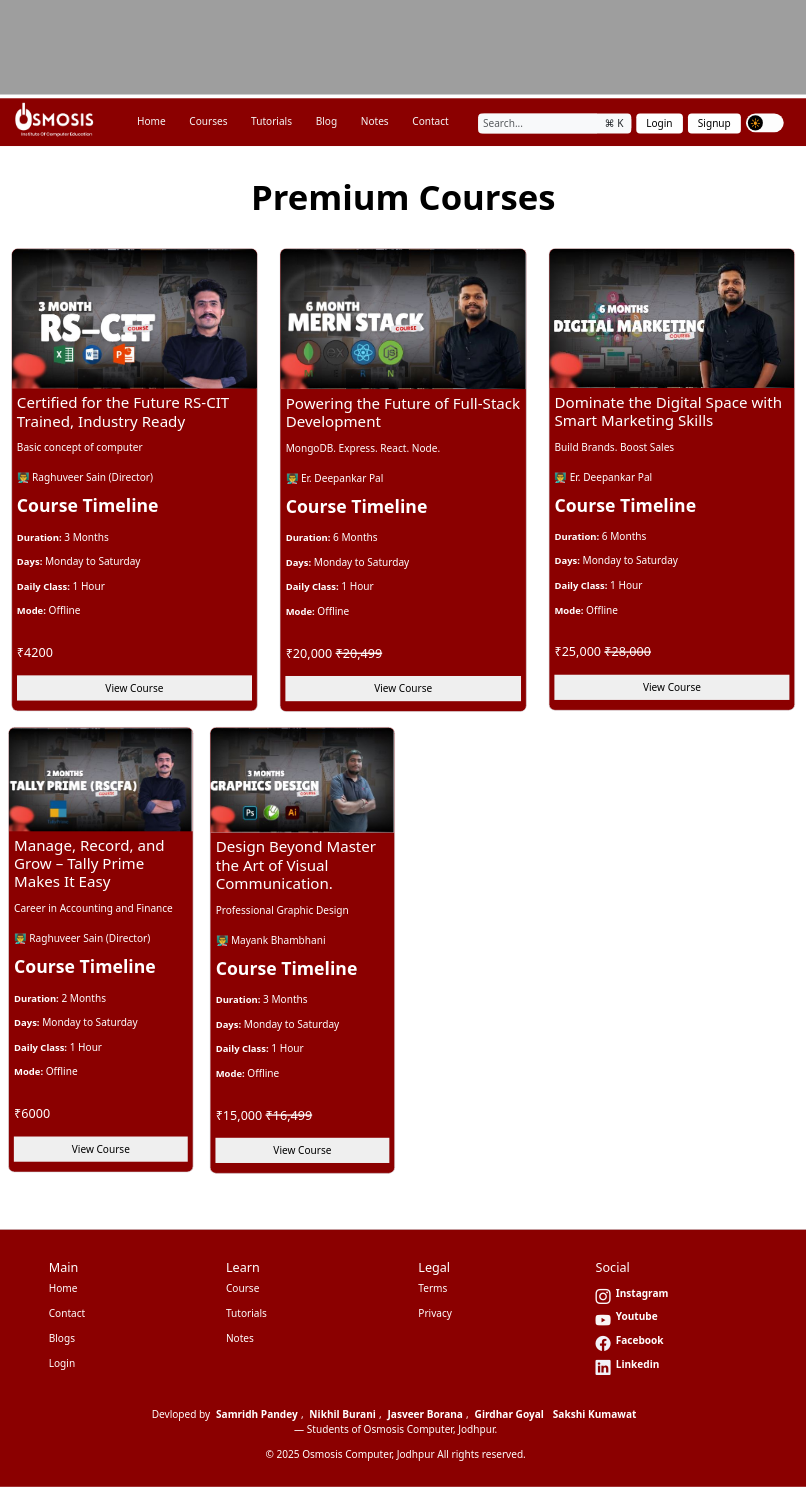
Repository: samriidhpandey/osmosis
Page: /Courses
The author's editor kept a copy of each file at every save. The page is drawn from the files as they stood at one save, then again after a run of saves.
The browser window is 1280 px wide. The pictures show the whole page, at 63% of full size.
Pictures or frames that could not be fetched are drawn as grey boxes. The project was rebuilt for these pictures with package versions that can differ from the ones it lists, and the page was loaded fresh each time. Also part of the build but not shown: vite.config.js, src/Section2.jsx, src/Section3.jsx, src/Section4.jsx, src/InfiniteReviewScroll.jsx, src/Section5.jsx, src/TypingText.jsx, src/AnimatedName.jsx and 103 more. Imported but missing from the stored project, and not drawn on this page: src/Images/final-app-on-mobile.mp4, src/Images/final-app-on-pc.mp4, src/Images/open-terminals.mp4, src/Images/python-location.mp4.

Above is the page before, as saved 2025-07-21 16:19:26.

### index.html
<!doctype html>
<html lang="en">
  <head>
    <meta charset="UTF-8" />
    <link rel="icon" type="image/png" href="./src/image/fe1.png" />
    <meta name="viewport" content="width=device-width, initial-scale=1.0" />
    <title>Osmosis Computer</title>
    <link href="https://cdn.jsdelivr.net/npm/bootstrap@5.0.2/dist/css/bootstrap.min.css" rel="stylesheet" integrity="sha384-EVSTQN3/azprG1Anm3QDgpJLIm9Nao0Yz1ztcQTwFspd3yD65VohhpuuCOmLASjC" crossorigin="anonymous">
    <link rel="stylesheet" href="https://cdnjs.cloudflare.com/ajax/libs/font-awesome/6.7.2/css/all.min.css" integrity="sha512-Evv84Mr4kqVGRNSgIGL/F/aIDqQb7xQ2vcrdIwxfjThSH8CSR7PBEakCr51Ck+w+/U6swU2Im1vVX0SVk9ABhg==" crossorigin="anonymous" referrerpolicy="no-referrer" />
    <link href="https://cdn.jsdelivr.net/npm/bootstrap@5.3.0/dist/css/bootstrap.min.css" rel="stylesheet" />
<link href="https://cdn.jsdelivr.net/npm/bootstrap-icons/font/bootstrap-icons.css" rel="stylesheet" />
<iframe src="https://my.spline.design/your-project-link" frameborder="0" width="100%" height="100%"></iframe>


  </head>
  <body>
    <div id="root"></div>
    <script type="module" src="/src/main.jsx"></script>
    <script src="https://cdn.jsdelivr.net/npm/bootstrap@5.0.2/dist/js/bootstrap.bundle.min.js" integrity="sha384-MrcW6ZMFYlzcLA8Nl+NtUVF0sA7MsXsP1UyJoMp4YLEuNSfAP+JcXn/tWtIaxVXM" crossorigin="anonymous"></script>
  </body>
</html>

### src/Footer.jsx
import React from 'react'
import get from './image/github.svg'
import get1 from './image/X.svg'
import get2 from './image/youtube.svg'
import { Link } from 'react-router-dom'
import get3 from './image/facebook.svg'


function Footer({isDark}) {
  const footer = {
    backgroundColor: isDark ? '#111827':'darkred',
    color: isDark ? 'white':'white',
  };
  return (
    <>
    <div className="container-fluid">
      <div className="row border-top" style={footer}>
        <div className="col-12 col-sm-12 col-md-12 col-lg-12 col-xl-11 col-xxl-10 m-auto ">
          <div className="row">
            <div className="col-6 col-sm-6 col-md-3 col-lg-3 col-xl-3 col-xxl-3 mt-5 ps-4 fot-menu">
              <h5>Main</h5>
              <Link to="/" className='text-white'><p>Home</p></Link>{""}
              <Link to="/Contact" className='text-white'><p>Contact</p></Link>{""}
              <Link to="/Blog" className='text-white'><p>Blogs</p></Link>{""}
              <Link to="/Login" className='text-white'><p>Login</p></Link>{""}
            </div>

            <div className="col-6 col-sm-6 col-md-3 col-lg-3 col-xl-3 col-xxl-3 mt-5">
              <h5>Learn</h5>
              <Link to="/Courses" className='text-white'><p>Course</p></Link>{""}
              <Link to="/Tutorial" className='text-white'><p>Tutorials</p></Link>{""}
              <Link to="/Notes" className='text-white'><p>Notes</p></Link>{""}

            </div>

            <div className="col-6 col-sm-6 col-md-3 col-lg-3 col-xl-3 col-xxl-3 mt-5 ps-4">
              <h5>Legal</h5>
              <Link to="/Terms" className='text-white'><p>Terms</p></Link>{""}
              <Link to="/Privacy" className='text-white'><p>Privacy</p></Link>{""}
              {/* <p>Refund</p> */}

            </div>

            <div className="col-6 col-sm-6 col-md-3 col-lg-3 col-xl-3 col-xxl-3 mt-5">
              <h5>Social</h5>
             <a href="https://www.instagram.com/osmosis_computer?igsh=MWkyNGtib2s1NG10OQ%3D%3D&utm_source=qr "
              target="_blank"
    rel="noopener noreferrer"
    style={{
      color:'white',
      textDecoration: "none",
      fontWeight: "bold",
      marginTop: "0px",
      marginBottom: "0px",
    }}
    onMouseOver={(e) => (e.target.style.textDecoration = "underline")}
    onMouseOut={(e) => (e.target.style.textDecoration = "none")}><div className="social d-flex p-0 mt-3"> <i className="bi bi-instagram" style={{fontSize:'24px', color:" #fcf9faff",}}></i><img className='img-fluid me-2 bg-light rounded' alt="" /> <p> Instagram</p></div> </a>


    <a href="https://www.youtube.com/@OsmosisComputerJodhpur "
              target="_blank"
    rel="noopener noreferrer"
    style={{
      color:'white',
      textDecoration: "none",
      fontWeight: "bold",
      marginTop: "0px",
      marginBottom: "0px",
    }}
    onMouseOver={(e) => (e.target.style.textDecoration = "underline")}
    onMouseOut={(e) => (e.target.style.textDecoration = "none")}><div className="social d-flex p-0 mt-3"> <i className="bi bi-youtube" style={{fontSize:'24px', color:" #f9f5f5ff",}}></i><img className='img-fluid me-2 bg-light rounded' alt="" /> <p> Youtube</p></div> </a>



    <a href="https://www.facebook.com/share/1LYuEtGZGp/?mibextid=wwXIfr"
              target="_blank"
    rel="noopener noreferrer"
    style={{
      color:'white',
      textDecoration: "none",
      fontWeight: "bold",
      marginTop: "0px",
      marginBottom: "0px",
    }}
    onMouseOver={(e) => (e.target.style.textDecoration = "underline")}
    onMouseOut={(e) => (e.target.style.textDecoration = "none")}><div className="social d-flex p-0 mt-3"> <i className="bi bi-facebook" style={{fontSize:'24px', color:" #f2f2f8ff",}}></i><img className='img-fluid me-2 bg-light rounded' alt="" /> <p> Facebook</p></div> </a>



    <a href="https://www.linkedin.com/company/osmosiscomputer/"
              target="_blank"
    rel="noopener noreferrer"
    style={{
      color:'white',
      textDecoration: "none",
      fontWeight: "bold",
      marginTop: "0px",
      marginBottom: "0px",
    }}
    onMouseOver={(e) => (e.target.style.textDecoration = "underline")}
    onMouseOut={(e) => (e.target.style.textDecoration = "none")}><div className="social d-flex p-0 mt-3"> <i className="bi bi-linkedin" style={{fontSize:'24px', color:" #f2f2f8ff",}}></i><img className='img-fluid me-2 bg-light rounded' alt="" /> <p>Linkedin</p></div> </a>



            </div>
          </div>
        </div>

        <div className="row">
          <div className="col-12">


  <footer
  className='mt-3'
  style={{
    padding: "1.5rem",
    textAlign: "center",


  }}
>
  Devloped by{" "}
  <a
    href="https://www.linkedin.com/in/samridh-pandey-771835317?utm_source=share&utm_campaign=share_via&utm_content=profile&utm_medium=android_app"
    target="_blank"
    rel="noopener noreferrer"
    style={{
      color:'white',
      textDecoration: "none",
      fontWeight: "bold",
      margin: "0 5px",
    }}
    onMouseOver={(e) => (e.target.style.textDecoration = "underline")}
    onMouseOut={(e) => (e.target.style.textDecoration = "none")}
  >
    Samridh Pandey
  </a>
  ,{" "}
  <a
    href="https://www.linkedin.com/in/nikhil-burani?utm_source=share&utm_campaign=share_via&utm_content=profile&utm_medium=android_app"
    target="_blank"
    rel="noopener noreferrer"
    style={{
      color:'white',
      textDecoration: "none",
      fontWeight: "bold",
      margin: "0 5px",
    }}
    onMouseOver={(e) => (e.target.style.textDecoration = "underline")}
    onMouseOut={(e) => (e.target.style.textDecoration = "none")}
  >
    Nikhil Burani
  </a>
  ,{" "}
  <a
    href="https://www.linkedin.com/in/jasveer-borana-39878a373?utm_source=share&utm_campaign=share_via&utm_content=profile&utm_medium=android_app "
    target="_blank"
    rel="noopener noreferrer"
    style={{
      color:'white',
      textDecoration: "none",
      fontWeight: "bold",
      margin: "0 5px",
    }}
    onMouseOver={(e) => (e.target.style.textDecoration = "underline")}
    onMouseOut={(e) => (e.target.style.textDecoration = "none")}
  >
    Jasveer Borana
  </a>
  ,{" "}
  <a
    href="https://www.linkedin.com/in/girdhar-goyal-1376b5332?lipi=urn%3Ali%3Apage%3Ad_flagship3_profile_view_base_contact_details%3B9WR3byrCTMq%2FaVpFyt54vQ%3D%3D"
    target="_blank"
    rel="noopener noreferrer"
    style={{
      textDecoration: "none",
      fontWeight: "bold",
      margin: "0 5px",
      color:'white',
    }}
    onMouseOver={(e) => (e.target.style.textDecoration = "underline")}
    onMouseOut={(e) => (e.target.style.textDecoration = "none")}
  >
    Girdhar Goyal
  </a>{" "}

  <a
    href="https://www.linkedin.com/in/sakshi-k-b046b4320?utm_source=share&utm_campaign=share_via&utm_content=profile&utm_medium=ios_app "
    target="_blank"
    rel="noopener noreferrer"
    style={{
      textDecoration: "none",
      fontWeight: "bold",
      margin: "0 5px",
      color:'white',
    }}
    onMouseOver={(e) => (e.target.style.textDecoration = "underline")}
    onMouseOut={(e) => (e.target.style.textDecoration = "none")}
  >
    Sakshi Kumawat
  </a>{" "}

  <p>—  Students of Osmosis Computer, Jodhpur.</p>
  <p>© 2025 Osmosis Computer, Jodhpur All rights reserved.</p>
</footer>



          </div>
        </div>
      </div>
    </div>
    </>
  )
}

export default Footer

### src/Component2/Courses.jsx
import React from 'react'
import ad1 from '../image/c1.jpg';
import ad2 from '../image/c2.jpg';
import ad3 from '../image/c3.jpg';
import ad4 from '../image/c4.jpg';
import ad5 from '../image/c5.jpg';
import { Link } from "react-router-dom";



function Courses({isDark}) {
  const Courses = {
    backgroundColor: isDark ? '#0E121B' : 'white',
    color: isDark ? 'white' : 'black',
  };
  const Courses1 = {
    backgroundColor: isDark ? 'black' : 'darkred',
    color: isDark ? 'white' : 'white',
  };


  const headingStyle = {
    // fontSize: "20px",
    fontWeight: "600",
    color: "white",
    marginBottom: "0px",
  };

  const itemStyle = {
    fontSize: "16px",
    color: "white",
    // lineHeight:'-100px',
    marginBottom: "-25px",
  };
  return (
    <>
    {/* <BrowserRouter> */}


    <div className="container-fluid">
      <div className="row"style={Courses}>
        <div className="col-12">
          <h1 className=' fw-bolder text-center mt-5 mb-4'>Premium Courses</h1>
          <div className="row mt-5 mb-5 pb-3">

           <div className="col-12 col-sm-12 col-md-6 col-lg-4 col-xl-4 col-xxl-4" >
            <Link to="/part1" className='part1'>
              <div className="row">
                <div className="col-11 border mb-4 pb-2 m-auto p-0 cour-card" style={Courses1}>
                    <div className="col-12 p-0 cour-img">
                <img src={ad1} className='img-fluid cour-img' alt="" />
              </div>
              <div className=" p-2">
            <h4 className=''>Certified for the Future RS-CIT Trained, Industry Ready</h4>
            <p className='mt-3'>Basic concept of computer</p>
            <p className='mt-4'>👨‍🏫 Raghuveer Sain (Director)</p>
            <h3 style={headingStyle}>Course Timeline</h3>
      <p style={itemStyle}><strong>Duration:</strong> 3 Months</p>
      <p style={itemStyle}><strong>Days:</strong> Monday to Saturday</p>
      <p style={itemStyle}><strong>Daily Class:</strong> 1 Hour</p>
      <p style={itemStyle}><strong>Mode:</strong> Offline </p>
            <h5 className='mt-5'>₹4200</h5>

            <button className='w-100 mt-3 border-0 pt-2 pb-2'>View Course</button>
          </div>
                </div>
              </div>

            </Link>{""}
          </div>


          <div className="col-12 col-sm-12 col-md-6 col-lg-4 col-xl-4 col-xxl-4">
            <Link to="/part2" className='part1'>
              <div className="row">
                <div className="col-11 border mb-4 pb-2 m-auto p-0 cour-card" style={Courses1}>
                    <div className="col-12 p-0 cour-img">
                <img src={ad2} className='img-fluid cour-img' alt="" />
              </div>
              <div className=" p-2">
            <h4 className=''>Powering the Future of Full-Stack Development</h4>
            <p className='mt-3'>MongoDB. Express. React. Node.</p>
            <p className='mt-4'>👨‍🏫 Er. Deepankar Pal</p>
            <h3 style={headingStyle}>Course Timeline</h3>
      <p style={itemStyle}><strong>Duration:</strong> 6 Months</p>
      <p style={itemStyle}><strong>Days:</strong> Monday to Saturday</p>
      <p style={itemStyle}><strong>Daily Class:</strong> 1 Hour</p>
      <p style={itemStyle}><strong>Mode:</strong> Offline </p>
            <h5 className='mt-5'>₹20,000 <s>₹20,499</s></h5>

            <button className='w-100 mt-3 border-0 pt-2 pb-2'>View Course</button>
          </div>
                </div>
              </div>
             </Link>{""}

          </div>



          <div className="col-12 col-sm-12 col-md-6 col-lg-4 col-xl-4 col-xxl-4">
            <Link to="/part3" className='part1'>
              <div className="row">
                <div className="col-11 border mb-4 pb-2 m-auto p-0 cour-card" style={Courses1}>
                    <div className="col-12 p-0 cour-img">
                <img src={ad3} className='img-fluid cour-img w-100' alt="" />
              </div>
              <div className=" p-2">
            <h4 className=''>Dominate the Digital Space with Smart Marketing Skills</h4>
            <p className='mt-3'>Build Brands. Boost Sales</p>
            <p className='mt-4'>👨‍🏫 Er. Deepankar Pal</p>
            <h3 style={headingStyle}>Course Timeline</h3>
      <p style={itemStyle}><strong>Duration:</strong> 6 Months</p>
      <p style={itemStyle}><strong>Days:</strong> Monday to Saturday</p>
      <p style={itemStyle}><strong>Daily Class:</strong> 1 Hour</p>
      <p style={itemStyle}><strong>Mode:</strong> Offline </p>
            <h5 className='mt-5'>₹25,000 <s>₹28,000</s></h5>

            <button className='w-100 mt-3 border-0 pt-2 pb-2'>View Course</button>
          </div>
                </div>
              </div>
             </Link>{""}

          </div>




          <div className="col-12 col-sm-12 col-md-6 col-lg-4 col-xl-3 col-xxl-3">
            <Link to="/part4" className='part1'>
              <div className="row">
                <div className="col-11 border mb-4 pb-2 m-auto p-0 cour-card" style={Courses1}>
                    <div className="col-12 p-0 cour-img">
                <img src={ad4} className='img-fluid cour-img w-100' alt="" />
              </div>
              <div className=" p-2">
            <h4 className=''>Manage, Record, and Grow – Tally Prime Makes It Easy</h4>
            <p className='mt-3'>Career in Accounting and Finance</p>
            <p className='mt-4'>👨‍🏫 Raghuveer Sain (Director)</p>
            <h3 style={headingStyle}>Course Timeline</h3>
      <p style={itemStyle}><strong>Duration:</strong> 2 Months</p>
      <p style={itemStyle}><strong>Days:</strong> Monday to Saturday</p>
      <p style={itemStyle}><strong>Daily Class:</strong> 1 Hour</p>
      <p style={itemStyle}><strong>Mode:</strong> Offline </p>
            <h5 className='mt-5'>₹6000</h5>

            <button className='w-100 mt-3 border-0 pt-2 pb-2'>View Course</button>
          </div>
                </div>
              </div>
             </Link>{""}

          </div>





          <div className="col-12 col-sm-12 col-md-6 col-lg-4 col-xl-3 col-xxl-3">
            <Link to="/part5" className='part1'>
              <div className="row">
                <div className="col-11 border mb-4 pb-2 m-auto p-0 cour-card" style={Courses1}>
                    <div className="col-12 p-0 cour-img">
                <img src={ad5} className='img-fluid cour-img w-100' alt="" />
              </div>
              <div className=" p-2">
            <h4 className=''>Design Beyond Master the Art of Visual Communication.</h4>
            <p className='mt-3'>Professional Graphic Design</p>
            <p className='mt-4'>👨‍🏫 Mayank Bhambhani</p>
            <h3 style={headingStyle}>Course Timeline</h3>
      <p style={itemStyle}><strong>Duration:</strong> 3 Months</p>
      <p style={itemStyle}><strong>Days:</strong> Monday to Saturday</p>
      <p style={itemStyle}><strong>Daily Class:</strong> 1 Hour</p>
      <p style={itemStyle}><strong>Mode:</strong> Offline </p>
            <h5 className='mt-5'>₹15,000 <s>₹16,499</s></h5>

            <button className='w-100 mt-3 border-0 pt-2 pb-2'>View Course</button>
          </div>
                </div>
              </div>
             </Link>{""}

          </div>





          </div>
        </div>
      </div>


    </div>


    </>
  )
}

export default Courses

Loaded but not shown: src/main.jsx (common file); src/App.jsx (426 lines, source omitted); src/App.css (1048 lines, source omitted); src/index.css (no stored copy; drawn as an empty file)

After the next 2 saves:
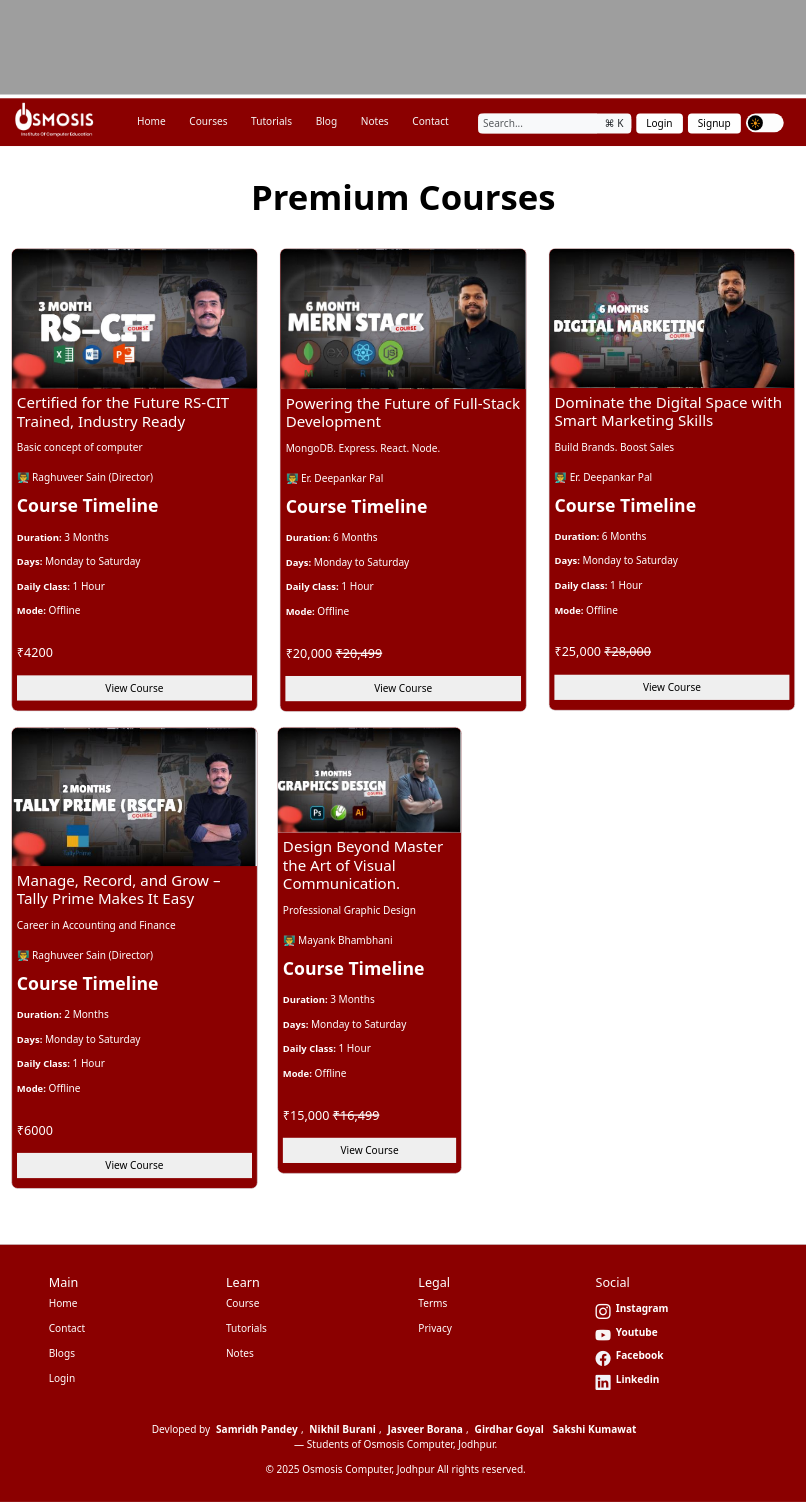
The 2 saves are shown as one change because they came seconds apart.
The last was saved 6 s later.
--- a/src/Component2/Courses.jsx
+++ b/src/Component2/Courses.jsx
@@ -127,7 +127,7 @@
 
 
 
-          <div className="col-12 col-sm-12 col-md-6 col-lg-4 col-xl-3 col-xxl-3">
+          <div className="col-12 col-sm-12 col-md-6 col-lg-4 col-xl-4 col-xxl-4">
             <Link to="/part4" className='part1'>
               <div className="row">
                 <div className="col-11 border mb-4 pb-2 m-auto p-0 cour-card" style={Courses1}>
